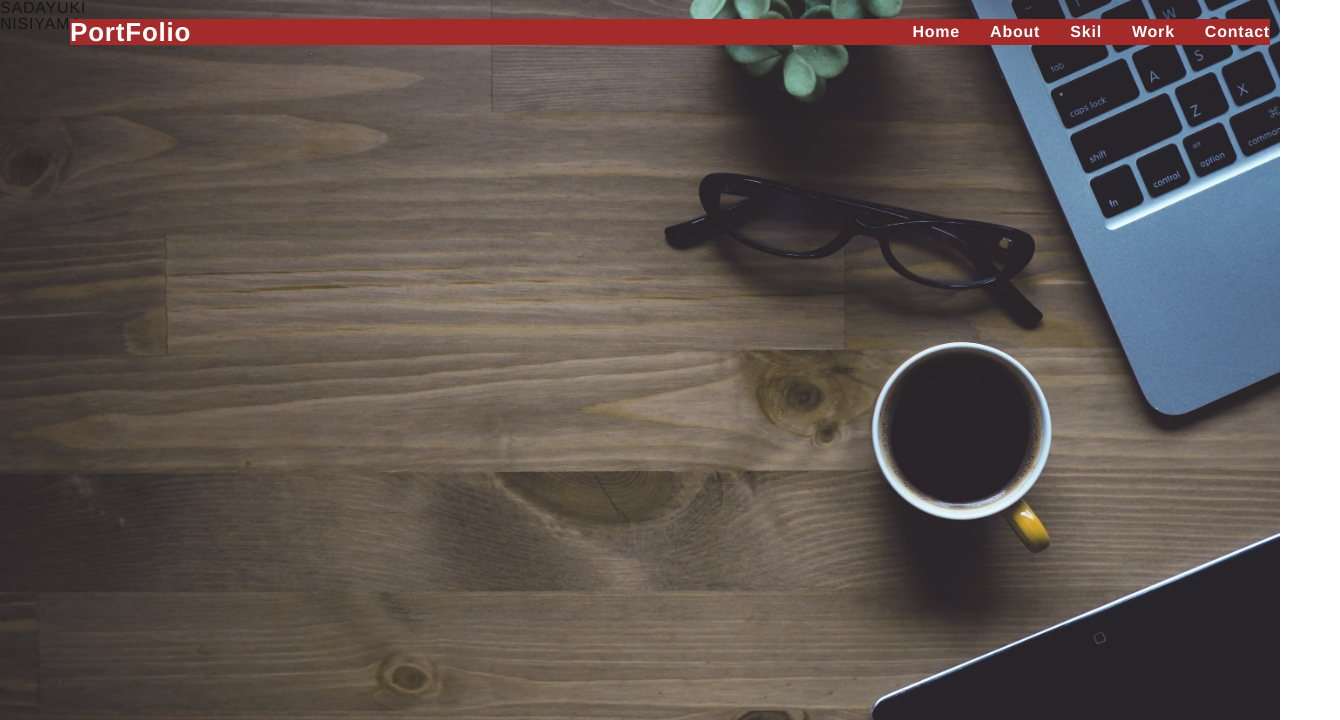
Repository: sadayuki15/portfolio
Page: index.html
The author's editor kept a copy of each file at every save. The page is drawn from the files as they stood at one save, then again after a run of saves.
The browser window is 1280 px wide. The page is 1340 px wide, so the pictures cover 1340 px, including what lies to the right of the window. The pictures show the whole page.

Above is the page before, as saved 2021-04-21 12:18:16.

After the next 4 saves:
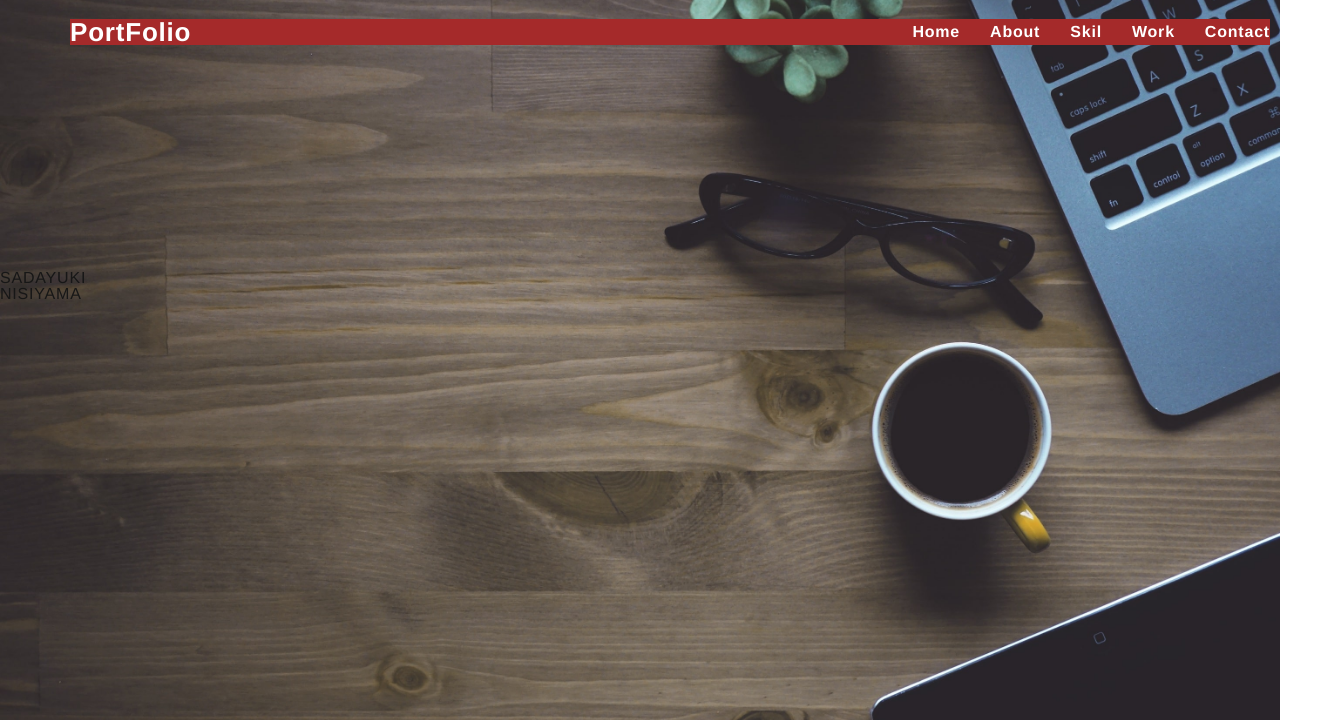
The 4 saves are shown as one change because they came seconds apart.
The last was saved 52 s later.
--- a/css/style.css
+++ b/css/style.css
@@ -62,4 +62,6 @@
 }
 .main-copy {
   position: absolute;
+  top: 270px;
+
 }
